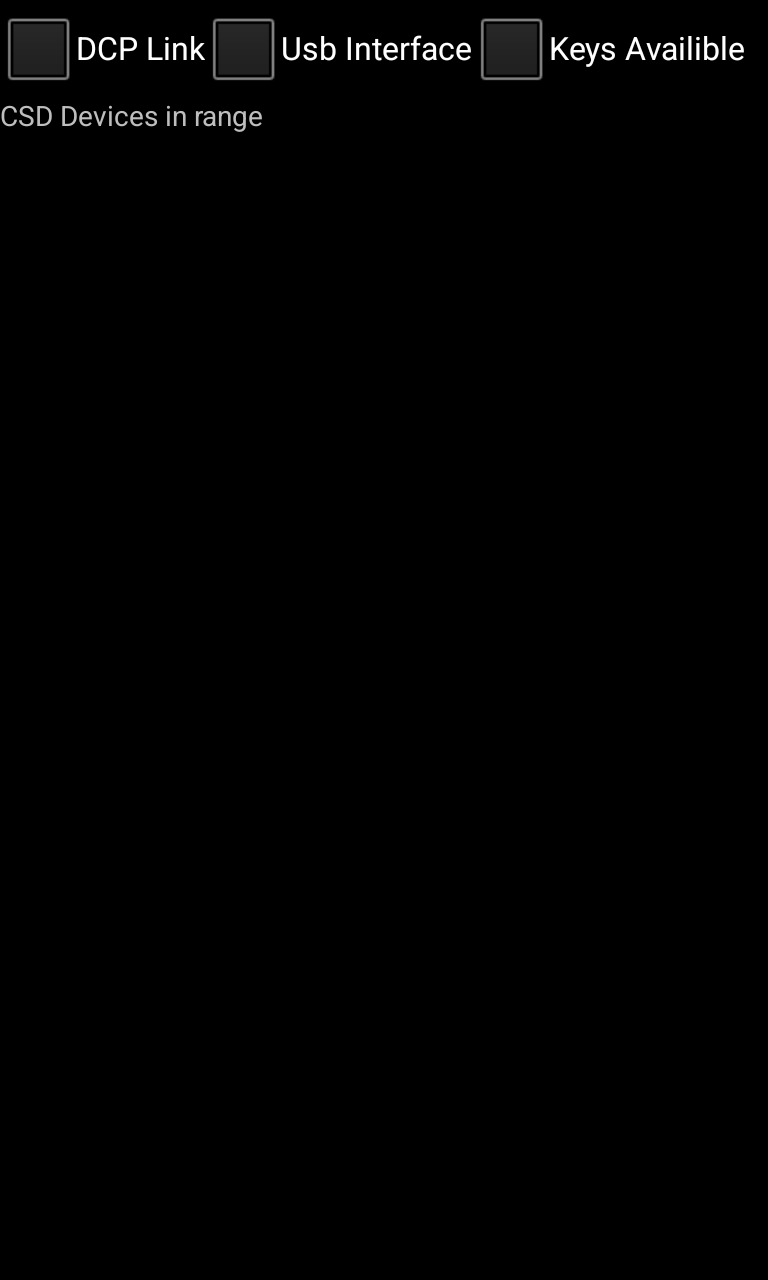
Repository: sergioenriquez/CSTE
Layout: HNAD/res/layout/devicelist.xml
The author's editor kept a copy of each file at every save. The layout is drawn from the files as they stood at one save, then again after the next save.
It is drawn on a 768 x 1280 px phone screen (xhdpi) without system bars, with theme android:Theme.NoTitleBar; the app's code is not run. Lists and similar views that code fills are empty.

Above is the layout before, as saved 2011-12-18 03:32:22.

### HNAD/res/layout/devicelist.xml
<?xml version="1.0" encoding="utf-8"?>
<LinearLayout
    xmlns:android="http://schemas.android.com/apk/res/android"
    android:orientation="vertical"
    android:layout_width="fill_parent"
    android:layout_height="fill_parent">
    <LinearLayout
        android:orientation="horizontal"
        android:layout_width="match_parent"
        android:layout_height="wrap_content">
        <CheckBox
	        android:id="@+id/dcplink"
	        android:text="DCP Link"
	        android:lines="2"
	        android:layout_width="wrap_content"
			android:layout_height="wrap_content"/>
        <CheckBox
	        android:id="@+id/usblink"
	        android:text="Usb Interface"
	        android:layout_width="wrap_content"
			android:layout_height="wrap_content"/>
        <CheckBox
	        android:id="@+id/keysavalible"
	        android:text="Keys Availible"
	        android:layout_width="wrap_content"
			android:layout_height="wrap_content"/>
	</LinearLayout>
	<TextView
	    android:layout_width="fill_parent"
	    android:layout_height="wrap_content"
	    android:text="CSD Devices in range"/>
	<ListView
        android:id="@+id/devicesList"
        android:layout_width="match_parent"
        android:layout_height="match_parent" />
</LinearLayout>

After the next save:
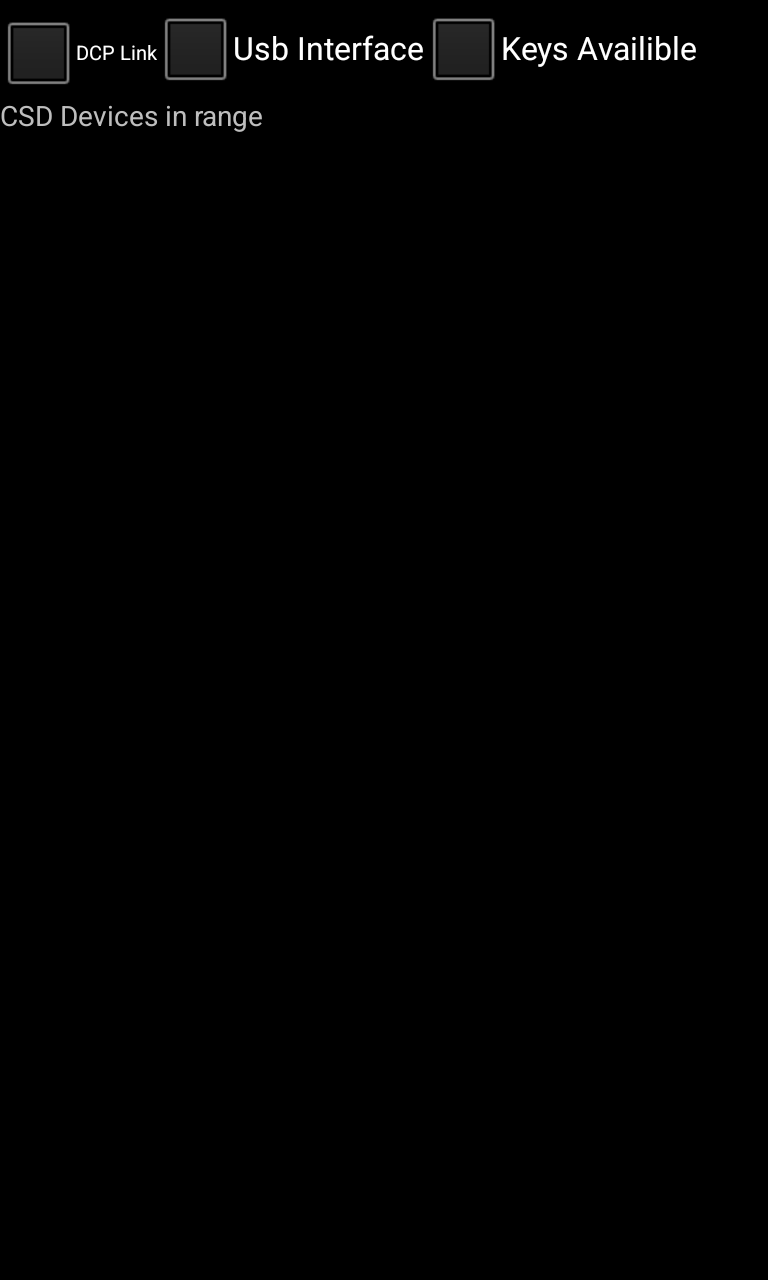
Saved 30 s later.
--- a/HNAD/res/layout/devicelist.xml
+++ b/HNAD/res/layout/devicelist.xml
@@ -11,7 +11,7 @@
         <CheckBox
 	        android:id="@+id/dcplink"
 	        android:text="DCP Link"
-	        android:lines="2"
+	        android:textSize="10"
 	        android:layout_width="wrap_content"
 			android:layout_height="wrap_content"/>
         <CheckBox
